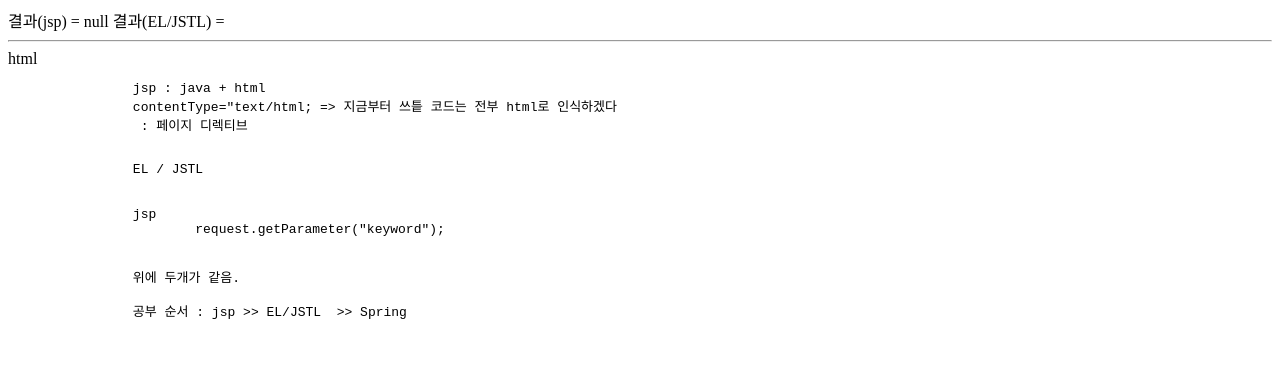
Repository: rwanda95do/bitcamp
Page: http://localhost/JQueryAjax/text/textdata.jsp
An editor plug-in stored every save of this project. The page is shown before and after the next save, followed by the edit.
The browser window is 1280 px wide. The pictures show the whole page.
The page is served by Tomcat 9.

Above is the page before, as saved 2024-08-27 07:43:51.

### JQueryAjax/src/main/webapp/text/textdata.jsp
<%@ page language="java" contentType="text/html; charset=UTF-8"
    pageEncoding="UTF-8"%>

<%
//JAVA
//keyword로 넘어온 값을 내놔라 (서버가 받음)
String result = request.getParameter("keyword");

%>

<!-- request로 받은 result값을 출력하라  -->
결과(jsp) = <%=result %>
결과(EL/JSTL) = ${param.keyword}

<%-- sjp주석 --%>

<!DOCTYPE html>
<html>
<head>
<meta charset="UTF-8">
<title>Insert title here</title>
</head>
<body>
	<hr>
	html
	<pre>
		jsp : java + html
		contentType="text/html; => 지금부터 쓰틑 코드는 전부 html로 인식하겠다
		<% %> : 페이지 디렉티브
	</pre>

	<pre>
		EL / JSTL
			${param.keyword}

		jsp
			request.getParameter("keyword");


		위에 두개가 같음.

		공부 순서 : jsp >> EL/JSTL  >> Spring
	</pre>
</body>
</html>

After the next save:
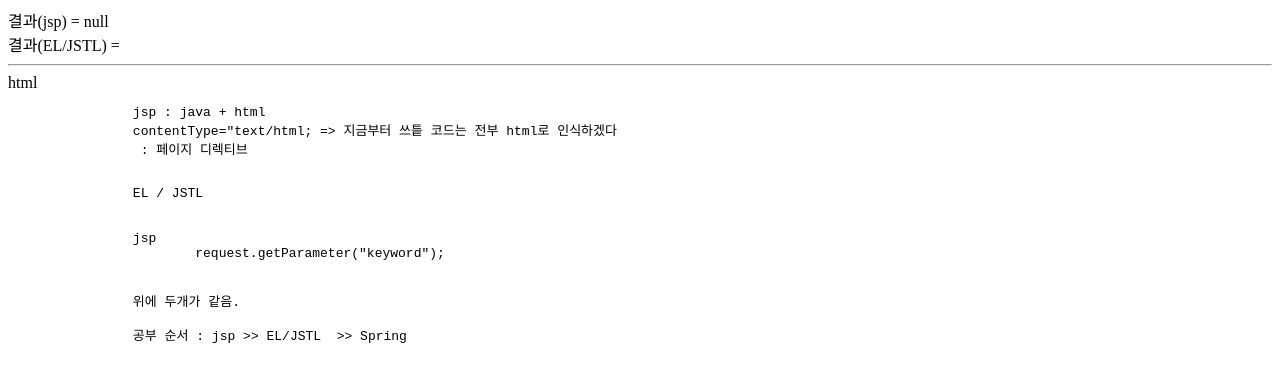
Saved 53 s later.
--- a/JQueryAjax/src/main/webapp/text/textdata.jsp
+++ b/JQueryAjax/src/main/webapp/text/textdata.jsp
@@ -9,7 +9,7 @@
 %>
 
 <!-- request로 받은 result값을 출력하라  -->
-결과(jsp) = <%=result %>
+결과(jsp) = <%=result %> <br>
 결과(EL/JSTL) = ${param.keyword}
 
 <%-- sjp주석 --%>
